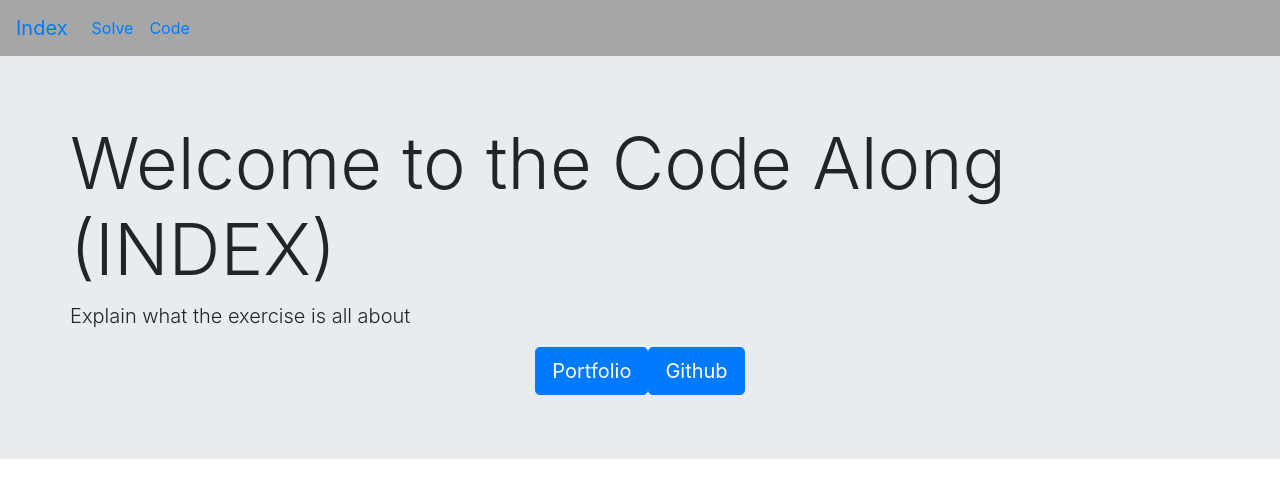
Repository: zhadjah9559/TacocatGrammar
Page: index.html
The author's editor kept a copy of each file at every save. The page is drawn from the files as they stood at one save, then again after the next save.
The browser window is 1280 px wide. The pictures show the whole page.

Above is the page before, as saved 2021-01-12 01:19:00.

### index.html
<!doctype html>
<html lang="en">
  <head>
    <title>Index</title>
    <!-- Required meta tags -->
    <meta charset="utf-8">
    <meta name="viewport" content="width=device-width, initial-scale=1, shrink-to-fit=no">

    <!-- Bootstrap CSS -->
    <link rel="stylesheet" href="https://stackpath.bootstrapcdn.com/bootstrap/4.3.1/css/bootstrap.min.css" integrity="sha384-ggOyR0iXCbMQv3Xipma34MD+dH/1fQ784/j6cY/iJTQUOhcWr7x9JvoRxT2MZw1T" crossorigin="anonymous">
  </head>
  <body>

    <nav class="navbar navbar-expand-sm" style="background-color: #A6A6A6;">
        <a class="navbar-brand" href="#">Index</a>
        <button class="navbar-toggler d-lg-none" type="button" data-toggle="collapse" data-target="#collapsibleNavId" aria-controls="collapsibleNavId"
            aria-expanded="false" aria-label="Toggle navigation"></button>
        <div class="collapse navbar-collapse" id="collapsibleNavId">
            <ul class="navbar-nav mr-auto mt-2 mt-lg-0">
                <li class="nav-item active">
                    <a class="nav-link" href="solve.html">Solve<span class="sr-only">(current)</span></a>
                </li>
                <li class="nav-item">
                    <a class="nav-link" href="code.html">Code</a>
                </li>
            </ul>
        </div>
    </nav>


    <div class="jumbotron jumbotron-fluid">
        <div class="container">
            <div class="row">
                <h1 class="display-3">Welcome to the Code Along (INDEX)</h1>
                <p class="lead">Explain what the exercise is all about</p>
                <hr class="my-2">
            </div>

            <div class="row justify-content-center">
                <a class="btn btn-primary btn-lg" target="_blank" href="https://zacharyhadjah.netlify.app/" role="button">Portfolio</a>
                <a class="btn btn-primary btn-lg" target="_blank" href="https://github.com/zhadjah9559" role="button">Github</a>
            </div>
        </div>
        </div>


    </div>



    <!-- Optional JavaScript -->
    <!-- jQuery first, then Popper.js, then Bootstrap JS -->
    <script src="https://code.jquery.com/jquery-3.3.1.slim.min.js" integrity="sha384-q8i/X+965DzO0rT7abK41JStQIAqVgRVzpbzo5smXKp4YfRvH+8abtTE1Pi6jizo" crossorigin="anonymous"></script>
    <script src="https://cdnjs.cloudflare.com/ajax/libs/popper.js/1.14.7/umd/popper.min.js" integrity="sha384-UO2eT0CpHqdSJQ6hJty5KVphtPhzWj9WO1clHTMGa3JDZwrnQq4sF86dIHNDz0W1" crossorigin="anonymous"></script>
    <script src="https://stackpath.bootstrapcdn.com/bootstrap/4.3.1/js/bootstrap.min.js" integrity="sha384-JjSmVgyd0p3pXB1rRibZUAYoIIy6OrQ6VrjIEaFf/nJGzIxFDsf4x0xIM+B07jRM" crossorigin="anonymous"></script>
  </body>
</html>

After the next save:
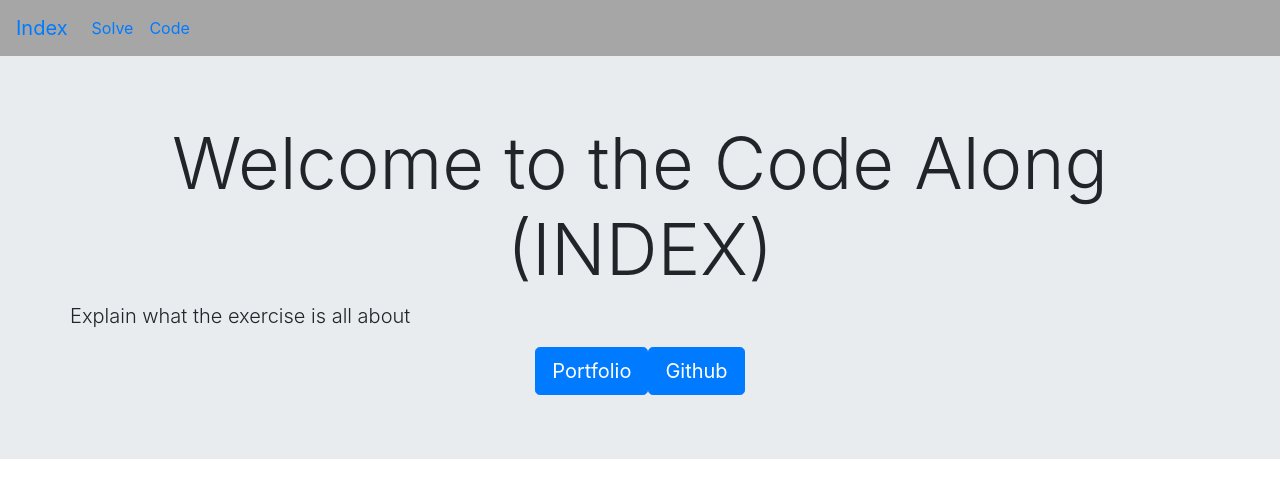
Saved 17 s later.
--- a/index.html
+++ b/index.html
@@ -30,7 +30,7 @@
 
     <div class="jumbotron jumbotron-fluid">
         <div class="container">
-            <div class="row">
+            <div class="row text-center">
                 <h1 class="display-3">Welcome to the Code Along (INDEX)</h1>
                 <p class="lead">Explain what the exercise is all about</p>
                 <hr class="my-2">

After the save that followed:
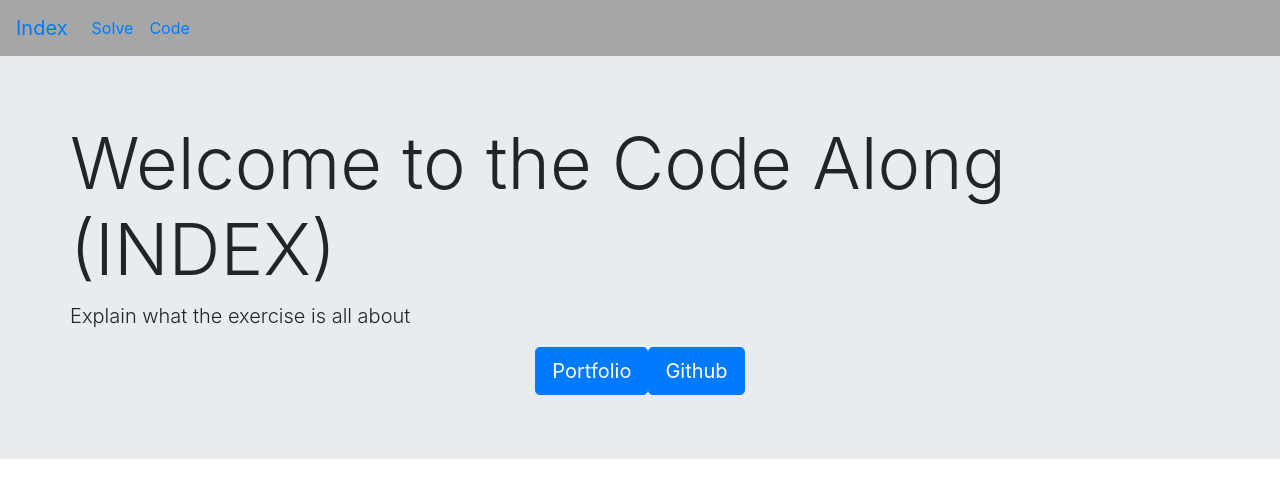
Saved 69 s later.
--- a/index.html
+++ b/index.html
@@ -30,7 +30,7 @@
 
     <div class="jumbotron jumbotron-fluid">
         <div class="container">
-            <div class="row text-center">
+            <div class="row ">
                 <h1 class="display-3">Welcome to the Code Along (INDEX)</h1>
                 <p class="lead">Explain what the exercise is all about</p>
                 <hr class="my-2">
